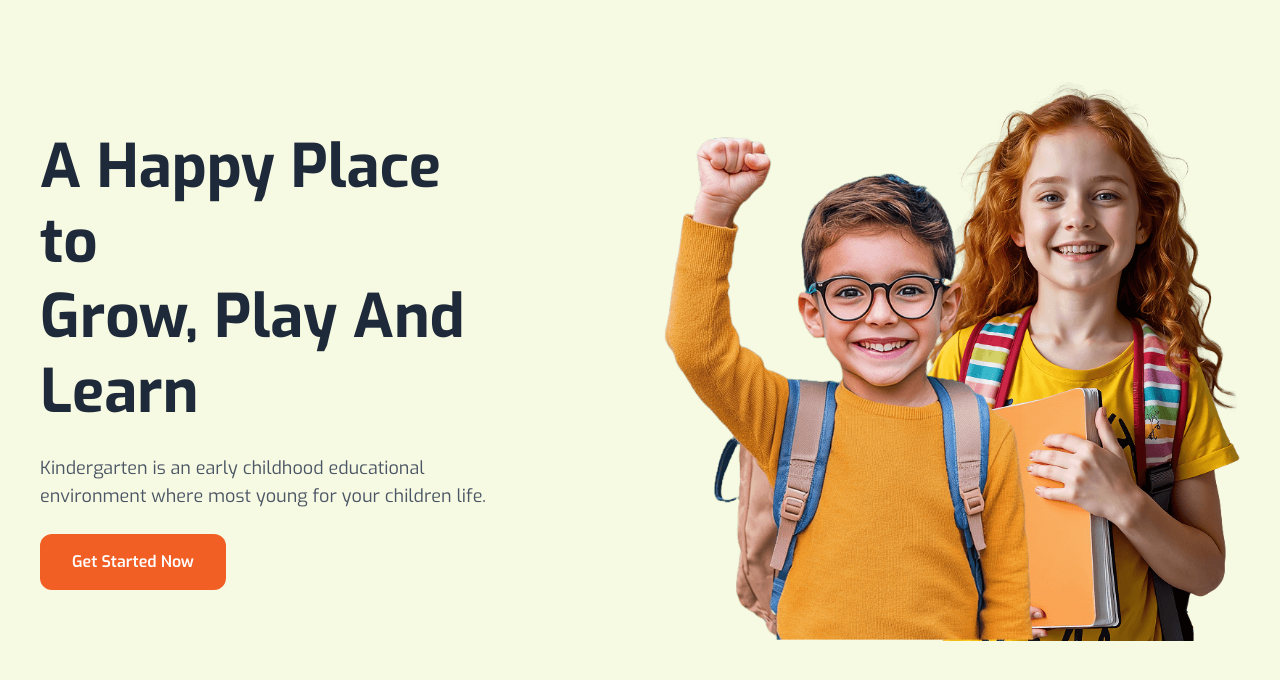
Repository: deepak445566/school
Page: / (app in okwork/)
An editor plug-in stored every save of this project. The page is shown before and after the next save, followed by the edit.
The browser window is 1280 px wide. The pictures show the whole page.
Some web fonts or font styles are not loaded; a fallback is used. The project was rebuilt for these pictures with package versions that can differ from the ones it lists, and the page was loaded fresh each time. Some packages were replaced by stand-ins written for this rebuild. Also part of the build but not shown: okwork/vite.config.js.

Above is the page before, as saved 2026-02-18 16:29:05.

### okwork/index.html
<!doctype html>
<html lang="en">
  <head>
    <meta charset="UTF-8" />
    <link rel="icon" type="image/svg+xml" href="/vite.svg" />
    <meta name="viewport" content="width=device-width, initial-scale=1.0" />
    <title>okwork</title>
    <link rel="preconnect" href="https://fonts.googleapis.com">
<link rel="preconnect" href="https://fonts.gstatic.com" crossorigin>
<link href="https://fonts.googleapis.com/css2?family=Abril+Fatface&family=Alan+Sans:wght@300..900&family=Big+Shoulders:opsz,wght@10..72,100..900&family=Exo+2:ital,wght@0,100..900;1,100..900&family=Exo:ital,wght@0,100..900;1,100..900&family=Montserrat:ital,wght@0,100..900;1,100..900&family=Orbitron:wght@400..900&family=Poppins:ital,wght@0,100;0,200;0,300;0,400;0,500;0,600;0,700;0,800;0,900;1,100;1,200;1,300;1,400;1,500;1,600;1,700;1,800;1,900&family=Prata&family=Rajdhani:wght@300;400;500;600;700&display=swap" rel="stylesheet">
  </head>
  <body>
    <div id="root"></div>
    <script type="module" src="/src/main.jsx"></script>
  </body>
</html>

### okwork/src/index.css
@import "tailwindcss";


.exo {
  font-family: "Exo", sans-serif;

  font-style: normal;
}

### okwork/src/App.jsx
import React from 'react'
import Home from './components/Home'

function App() {
  return (
    <>
    <Home/>


    </>
  )
}

export default App

### okwork/src/components/Home.jsx
import React from "react";

const Home = () => {
  // Image URL - using a high-quality free image
  const imageUrl =
    "/images/hero1.png";

  return (
    <div className="min-h-screen bg-[#F7FAE2] overflow-hidden exo">
      {/* Main container - centered with responsive padding */}
      <div className="container mx-auto px-6 py-12 md:px-12 lg:px-10 min-h-screen flex items-center">

        {/* Flex container: column on mobile, row on desktop */}
        <div className="flex flex-col md:flex-row items-center gap-12 lg:gap-5 w-full">

          {/* LEFT SECTION: 40% width */}
          <div className="w-full md:w-[40%] text-center md:text-left space-y-6 md:space-y-6">
            {/* Heading with gradient effect */}
            <h1 className="text-4xl text-gray-800 md:text-5xl lg:text-6xl font-bold leading-tight exo">
             A Happy Place to
              <br />
              <span className="text-gray-800">Grow, Play And </span>
              <br />
              <span className="text-gray-800">Learn</span>
            </h1>

            {/* Paragraph description */}
            <p className="text-lg md:text-lg text-gray-600 max-w-2xl mx-auto md:mx-0">
           Kindergarten is an early childhood educational environment where
most young for your children life.
            </p>

            {/* Button with hover effects */}
            <div className="flex justify-center md:justify-start">
              <button className="group relative px-8 py-4 bg-[#F15F25] text-white font-semibold rounded-xl float hover:shadow-xl hover:transform hover:-translate-y-1 transition-all duration-300 ease-in-out">
                <span className="relative z-10">Get Started Now</span>
              </button>
            </div>
          </div>

          {/* RIGHT SECTION: 60% width */}
          <div className="w-full md:w-[60%] flex justify-center md:justify-end">
            <div className="relative w-full max-w-md lg:max-w-xl">
              {/* Main image */}
              <img
                src={imageUrl}
                alt="Team collaboration in modern workspace"
                className="relative z-10 w-full h-auto rounded-2xl object-cover"
              />
            </div>
          </div>
        </div>
      </div>

      {/* Add custom animation keyframes */}
      <style jsx>{`
        @keyframes blob {
          0% { transform: translate(0px, 0px) scale(1); }
          33% { transform: translate(30px, -50px) scale(1.1); }
          66% { transform: translate(-20px, 20px) scale(0.9); }
          100% { transform: translate(0px, 0px) scale(1); }
        }
        .animate-blob {
          animation: blob 7s infinite;
        }
        .animation-delay-2000 {
          animation-delay: 2s;
        }
      `}</style>
    </div>
  );
};

export default Home;

Loaded but not shown: okwork/src/main.jsx (common file)

After the next save:
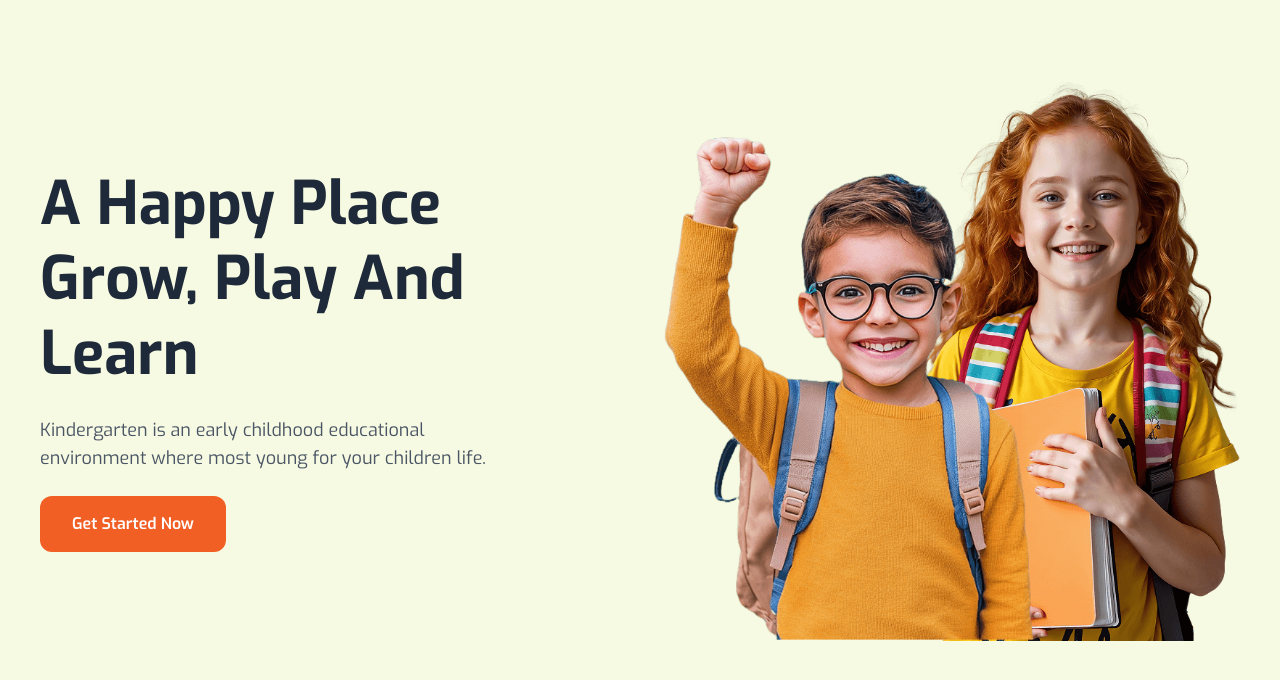
Saved 25 s later.
--- a/okwork/src/components/Home.jsx
+++ b/okwork/src/components/Home.jsx
@@ -17,7 +17,7 @@ const Home = () => {
           <div className="w-full md:w-[40%] text-center md:text-left space-y-6 md:space-y-6">
             {/* Heading with gradient effect */}
             <h1 className="text-4xl text-gray-800 md:text-5xl lg:text-6xl font-bold leading-tight exo">
-             A Happy Place to
+             A Happy Place
               <br />
               <span className="text-gray-800">Grow, Play And </span>
               <br />
